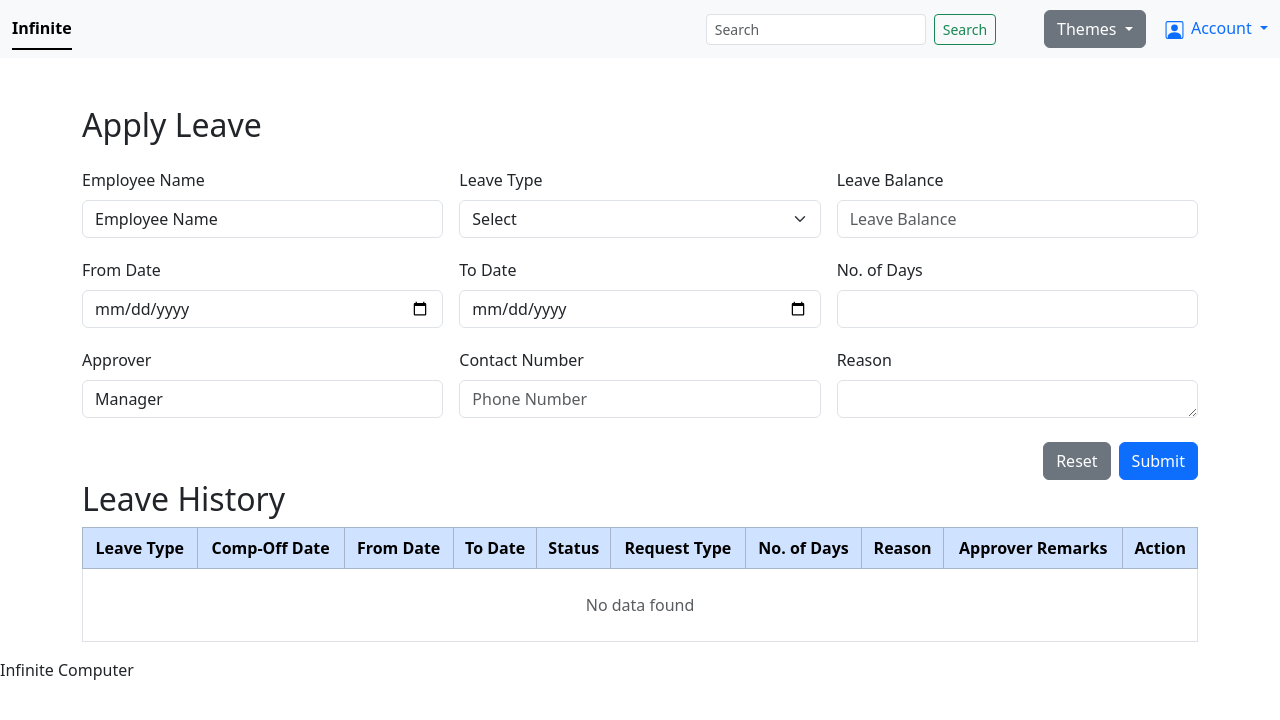
Repository: Prasanthkota25/java-codes-
Page: http://localhost/ApplyforLeave
These files come from the project's save history. The page is drawn as it stood at one moment and after the next save; the edit follows.
The browser window is 1280 px wide. The pictures show the whole page.
The page is this project's Thymeleaf template; nobody is signed in. The template is opened directly, without the code that normally fills it, so the values that code supplies are empty.

Above is the page before, as saved 2026-05-04 05:32:11.

### leaveSystem/src/main/resources/templates/ApplyforLeave.html
<!DOCTYPE html>
<html lang="en">

<head>
  <meta charset="UTF-8">
  <meta name="viewport" content="width=device-width, initial-scale=1.0">
  <title>Apply Leave</title>


  <nav class="navbar navbar-expand-lg bg-body-tertiary">
    <div class="container-fluid">

      <ul class="nav nav-underline w-100 align-items-center">


        <li class="nav-item">
          <a class="nav-link active" href="HomePage.html">Infinite</a>
        </li>


        <li class="nav-item ms-auto me-3">
          <form class="d-flex" role="search">
            <input class="form-control form-control-sm me-2" type="search" placeholder="Search">
            <button class="btn btn-outline-success btn-sm" type="submit">Search</button>
          </form>
        </li>






        <div class="dropdown ms-3">
          <button class="btn btn-secondary dropdown-toggle" type="button" data-bs-toggle="dropdown">
            Themes
          </button>

          <ul class="dropdown-menu">
            <li><button class="dropdown-item" onclick="setTheme('light')">Light Theme</button></li>
            <li><button class="dropdown-item" onclick="setTheme('dark')">Dark Theme</button></li>
          </ul>
        </div>



        <li class="nav-item dropdown">

          <a class="nav-link dropdown-toggle" href="#" role="button" data-bs-toggle="dropdown">

            <svg xmlns="http://www.w3.org/2000/svg" width="25" height="18" fill="currentColor"
              class="bi bi-person-square" viewBox="0 0 16 16">
              <path d="M11 6a3 3 0 1 1-6 0 3 3 0 0 1 6 0" />
              <path
                d="M2 0a2 2 0 0 0-2 2v12a2 2 0 0 0 2 2h12a2 2 0 0 0 2-2V2a2 2 0 0 0-2-2zm12 1a1 1 0 0 1 1 1v12a1 1 0 0 1-1 1v-1c0-1-1-4-6-4s-6 3-6 4v1a1 1 0 0 1-1-1V2a1 1 0 0 1 1-1z" />
            </svg>

            Account
          </a>

          <ul class="dropdown-menu dropdown-menu-end">
            <li>
              <a class="dropdown-item" href="profilepage.html">
                <svg xmlns="http://www.w3.org/2000/svg" width="16" height="16" fill="currentColor"
                  class="bi bi-person me-2" viewBox="0 0 16 16">
                  <path d="M8 8a3 3 0 1 0-3-3 3 3 0 0 0 3 3" />
                  <path d="M14 14s-1-4-6-4-6 4-6 4h12" />
                </svg>
                Profile
              </a>
            </li>

            <li>
              <a class="dropdown-item" href="loginpage.html">
                <svg xmlns="http://www.w3.org/2000/svg" width="16" height="16" fill="currentColor"
                  class="bi bi-box-arrow-right me-2" viewBox="0 0 16 16">
                  <path fill-rule="evenodd"
                    d="M6 3a1 1 0 0 0-1 1v2h1V4h8v8H6v-2H5v2a1 1 0 0 0 1 1h8a1 1 0 0 0 1-1V4a1 1 0 0 0-1-1z" />
                  <path fill-rule="evenodd"
                    d="M.146 8.354a.5.5 0 0 1 0-.708L3.293 4.5l.707.707L1.707 7.5H10v1H1.707l2.293 2.293-.707.707z" />
                </svg>
                Logout
              </a>
            </li>
          </ul>

        </li>

      </ul>

    </div>
  </nav>

  <link href="https://cdn.jsdelivr.net/npm/bootstrap@5.3.8/dist/css/bootstrap.min.css" rel="stylesheet">
</head>

<body>

<!--  <style>-->
<!--    .nav-underline .nav-link {-->
<!--      padding-right: 20px;-->
<!--      padding-left: 15px;-->
<!--    }-->


<!--    :root {-->
<!--      --bg-color: #f4f6f9;-->
<!--      --text-color: #000000;-->
<!--      --card-bg: #ffffff;-->
<!--      --navbar-color: #ffffff;-->
<!--      --table-header: #0d6efd;-->
<!--      --footer-bg: #1f1f1f;-->
<!--      --border-color: rgba(0, 0, 0, 0.1);-->
<!--    }-->


<!--    [data-theme="dark"] {-->
<!--      --bg-color: #121212;-->
<!--      --text-color: #ffffff;-->
<!--      --card-bg: #1e1e1e;-->
<!--      --navbar-color: #1f1f1f;-->
<!--      --table-header: #0d6efd;-->
<!--      --footer-bg: #000000;-->
<!--      --border-color: rgba(255, 255, 255, 0.15);-->
<!--    }-->

<!--    body {-->
<!--      background-color: var(--bg-color);-->
<!--      color: var(--text-color);-->
<!--      font-family: Arial, sans-serif;-->
<!--      margin: 0;-->
<!--      padding-bottom: 70px;-->
<!--    }-->


<!--    .navbar {-->
<!--      background-color: var(--navbar-color) !important;-->
<!--      border-bottom: 1px solid var(--border-color);-->
<!--    }-->

<!--    .navbar .nav-link {-->
<!--      color: var(--text-color) !important;-->
<!--    }-->

<!--    .navbar .nav-link.active {-->
<!--      font-weight: 600;-->
<!--    }-->


<!--    .container {-->
<!--      background: var(--card-bg);-->
<!--      padding: 25px;-->
<!--      border-radius: 10px;-->
<!--      box-shadow: 0 4px 12px rgba(0, 0, 0, 0.08);-->
<!--      margin-top: 20px;-->
<!--    }-->


<!--    h2,-->
<!--    h4 {-->
<!--      font-weight: 600;-->
<!--      color: var(--text-color);-->
<!--    }-->


<!--    .form-label {-->
<!--      font-weight: 500;-->
<!--      margin-bottom: 5px;-->
<!--    }-->

<!--    .form-control,-->
<!--    .form-select {-->
<!--      background-color: var(--card-bg);-->
<!--      color: var(--text-color);-->
<!--      border: 1px solid var(--border-color);-->
<!--    }-->

<!--    .form-control:focus,-->
<!--    .form-select:focus {-->
<!--      border-color: #0d6efd;-->
<!--      box-shadow: 0 0 0 0.2rem rgba(13, 110, 253, .25);-->
<!--    }-->


<!--    .table {-->
<!--      background: var(--card-bg);-->
<!--      color: var(--text-color);-->
<!--      border-radius: 8px;-->
<!--      overflow: hidden;-->
<!--    }-->

<!--    .table thead {-->
<!--      background-color: var(--table-header);-->
<!--      color: white;-->
<!--    }-->

<!--    .table td,-->
<!--    .table th {-->
<!--      vertical-align: middle;-->
<!--      border-color: var(--border-color);-->
<!--    }-->


<!--    .table td.text-muted {-->
<!--      color: var(--text-color) !important;-->
<!--      opacity: 0.6;-->
<!--    }-->


<!--    button {-->
<!--      min-width: 110px;-->
<!--    }-->


<!--    footer {-->
<!--      position: fixed;-->
<!--      left: 0;-->
<!--      bottom: 0;-->
<!--      width: 100%;-->
<!--      background-color: var(--footer-bg);-->
<!--      color: white;-->
<!--      text-align: center;-->
<!--      padding: 8px 0;-->
<!--      font-size: 14px;-->
<!--    }-->
<!--  </style>-->


  <div class="container mt-5">
    <h2 class="mb-4">Apply Leave</h2>

    <form>


      <div class="row g-3">

        <div class="col-md-4">
          <label class="form-label">Employee Name</label>
          <input type="text" class="form-control" value="Employee Name" readonly>
        </div>

        <div class="col-md-4">
          <label class="form-label">Leave Type</label>
          <select class="form-select" name="leave_type">
            <option selected disabled>Select</option>
            <option>Sick Leave</option>
            <option>Casual Leave</option>
            <option>Paid Leave</option>
          </select>
        </div>

        <div class="col-md-4">
          <label class="form-label">Leave Balance</label>
          <input type="text" class="form-control" placeholder="Leave Balance">
        </div>

      </div>


      <div class="row g-3 mt-1">

        <div class="col-md-4">
          <label class="form-label">From Date</label>
          <input type="date" class="form-control">
        </div>

        <div class="col-md-4">
          <label class="form-label">To Date</label>
          <input type="date" class="form-control">
        </div>

        <div class="col-md-4">
          <label class="form-label">No. of Days</label>
          <input type="number" class="form-control">
        </div>

      </div>


      <div class="row g-3 mt-1">

        <div class="col-md-4">
          <label class="form-label">Approver</label>
          <input type="text" class="form-control" value="Manager" re>
        </div>

        <div class="col-md-4">
          <label class="form-label">Contact Number</label>
          <input type="text" class="form-control" placeholder="Phone Number">
        </div>

        <div class="col-md-4">
          <label class="form-label">Reason</label>
          <textarea class="form-control" rows="1"></textarea>
        </div>

      </div>


      <div class="mt-4 d-flex justify-content-end gap-2">
        <button type="reset" class="btn btn-secondary">Reset</button>
        <button type="submit" class="btn btn-primary">Submit</button>
      </div>

    </form>
  </div>





  <div class="container">

    <h2>Leave History</h2>

    <div class="table-responsive">
      <table class="table table-bordered table-hover align-middle text-center">
        <thead class="table-primary">
          <tr>
            <th>Leave Type</th>
            <th>Comp-Off Date</th>
            <th>From Date</th>
            <th>To Date</th>
            <th>Status</th>
            <th>Request Type</th>
            <th>No. of Days</th>
            <th>Reason</th>
            <th>Approver Remarks</th>
            <th>Action</th>
          </tr>
        </thead>

        <tbody>
          <tr>
            <td colspan="10" class="text-center text-muted py-4">
              No data found
            </td>
          </tr>
        </tbody>

      </table>
    </div>

  </div>

  <script>
    function showOptions() {
      document.getElementById("options").style.display = "block";
    }

    /* Theme switcher */
    function setTheme(theme) {
      document.documentElement.setAttribute("data-theme", theme);
      localStorage.setItem("theme", theme);
    }

    /* Load saved theme */
    window.onload = function () {
      const savedTheme = localStorage.getItem("theme");
      if (savedTheme) {
        document.documentElement.setAttribute("data-theme", savedTheme);
      }
    };
  </script>

  <footer>
    <div>
      Infinite Computer
    </div>
  </footer>
  <script src="https://cdn.jsdelivr.net/npm/bootstrap@5.3.8/dist/js/bootstrap.bundle.min.js"></script>

</body>

</html>

After the next save:
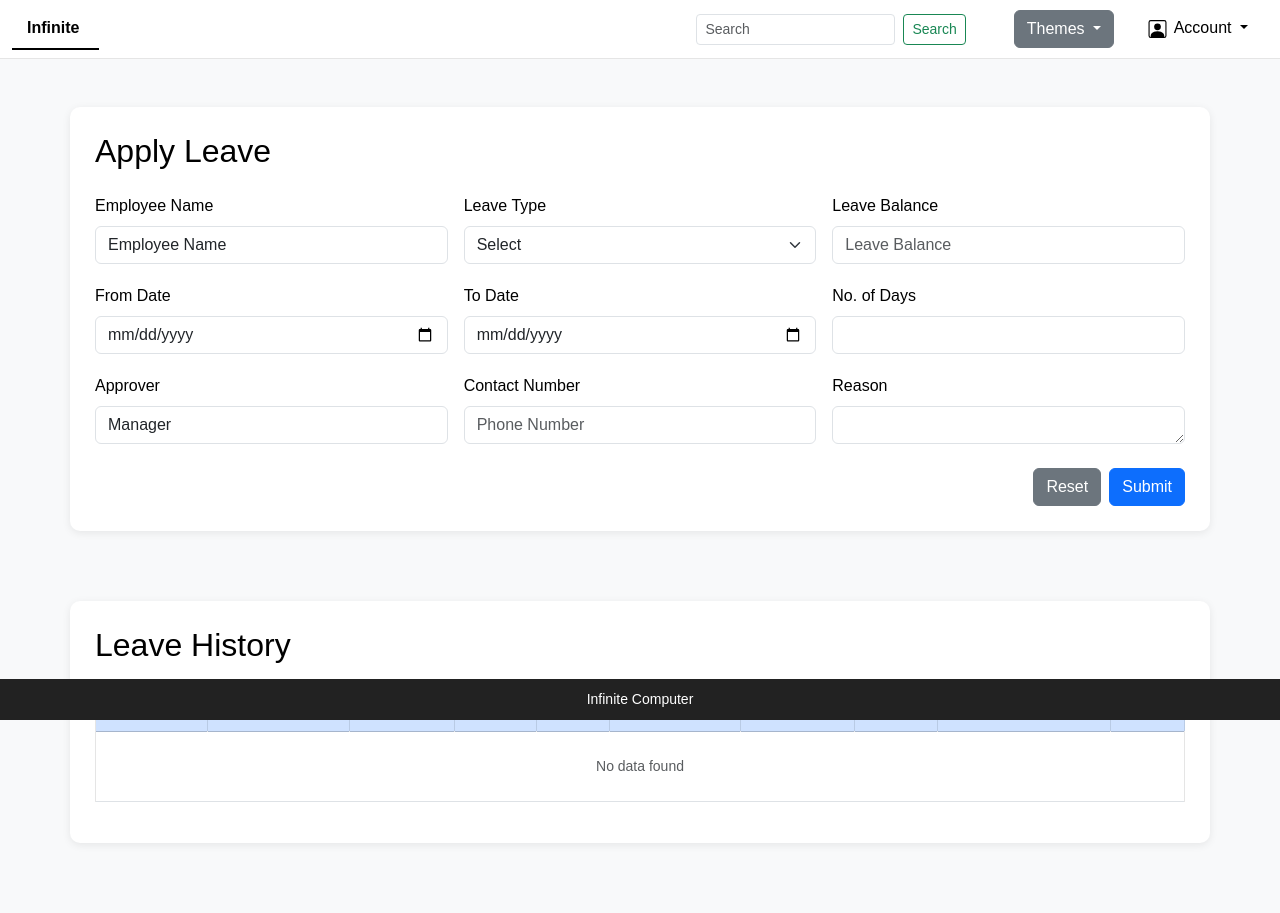
Saved 9 s later.
--- a/leaveSystem/src/main/resources/templates/ApplyforLeave.html
+++ b/leaveSystem/src/main/resources/templates/ApplyforLeave.html
@@ -224,6 +224,148 @@
 <!--    }-->
 <!--  </style>-->
 
+
+  <style>
+:root {
+  --bg-color: #f8f9fa;
+  --text-color: #000;
+  --card-bg: #ffffff;
+  --navbar-color: #ffffff;
+  --table-header: #0d6efd;
+  --footer-bg: #222;
+  --border-color: rgba(0, 0, 0, 0.1);
+}
+
+[data-theme="dark"] {
+  --bg-color: #121212;
+  --text-color: #ffffff;
+  --card-bg: #1e1e1e;
+  --navbar-color: #1f1f1f;
+  --table-header: #0d6efd;
+  --footer-bg: #000;
+  --border-color: rgba(255, 255, 255, 0.15);
+}
+
+
+body {
+  background-color: var(--bg-color);
+  color: var(--text-color);
+  font-family: Arial, sans-serif;
+  margin: 0;
+}
+
+
+
+.navbar {
+  background-color: var(--navbar-color) !important;
+  border-bottom: 1px solid var(--border-color);
+}
+
+
+.navbar .nav-link {
+  color: var(--text-color) !important;
+}
+
+.navbar .nav-link.active {
+  font-weight: 600;
+}
+
+
+
+
+.container {
+  margin-top: 30px;
+  margin-bottom: 70px;
+  background: var(--card-bg);
+  padding: 25px;
+  border-radius: 10px;
+  box-shadow: 0 2px 8px rgba(0,0,0,0.08);
+}
+
+
+table {
+  width: 100%;
+  margin-top: 20px;
+  border-collapse: collapse;
+  background: var(--card-bg);
+}
+
+table thead {
+  background-color: var(--table-header);
+  color: #fff;
+}
+
+table th,
+table td {
+  padding: 12px;
+  text-align: center;
+  border: 1px solid var(--border-color);
+  font-size: 14px;
+}
+
+table tbody tr:hover {
+  background-color: rgba(0, 123, 255, 0.05);
+}
+
+
+.dropdown-menu {
+  background-color: var(--card-bg);
+  color: var(--text-color);
+  border: 1px solid var(--border-color);
+}
+
+.dropdown-item {
+  color: var(--text-color);
+}
+
+.dropdown-item:hover {
+  background-color: rgba(0, 123, 255, 0.1);
+}
+
+
+footer {
+  position: fixed;
+  bottom: 0;
+  width: 100%;
+  background-color: var(--footer-bg);
+  color: #fff;
+  text-align: center;
+  padding: 10px 0;
+  font-size: 14px;
+}
+
+
+#options {
+  display: none;
+  margin: 10px 40px;
+  padding: 15px;
+  width: 220px;
+  background-color: var(--card-bg);
+  border: 1px solid var(--border-color);
+  border-radius: 10px;
+  box-shadow: 0 4px 8px rgba(0,0,0,0.1);
+}
+
+#options button {
+  width: 100%;
+  padding: 10px;
+  margin: 5px 0;
+  border: none;
+  border-radius: 6px;
+  background-color: #0d6efd;
+  color: white;
+}
+
+#options button:hover {
+  background-color: #084298;
+}
+
+
+.nav-underline .nav-link {
+  padding-right: 20px;
+  padding-left: 15px;
+}
+  </style>
 
   <div class="container mt-5">
     <h2 class="mb-4">Apply Leave</h2>
